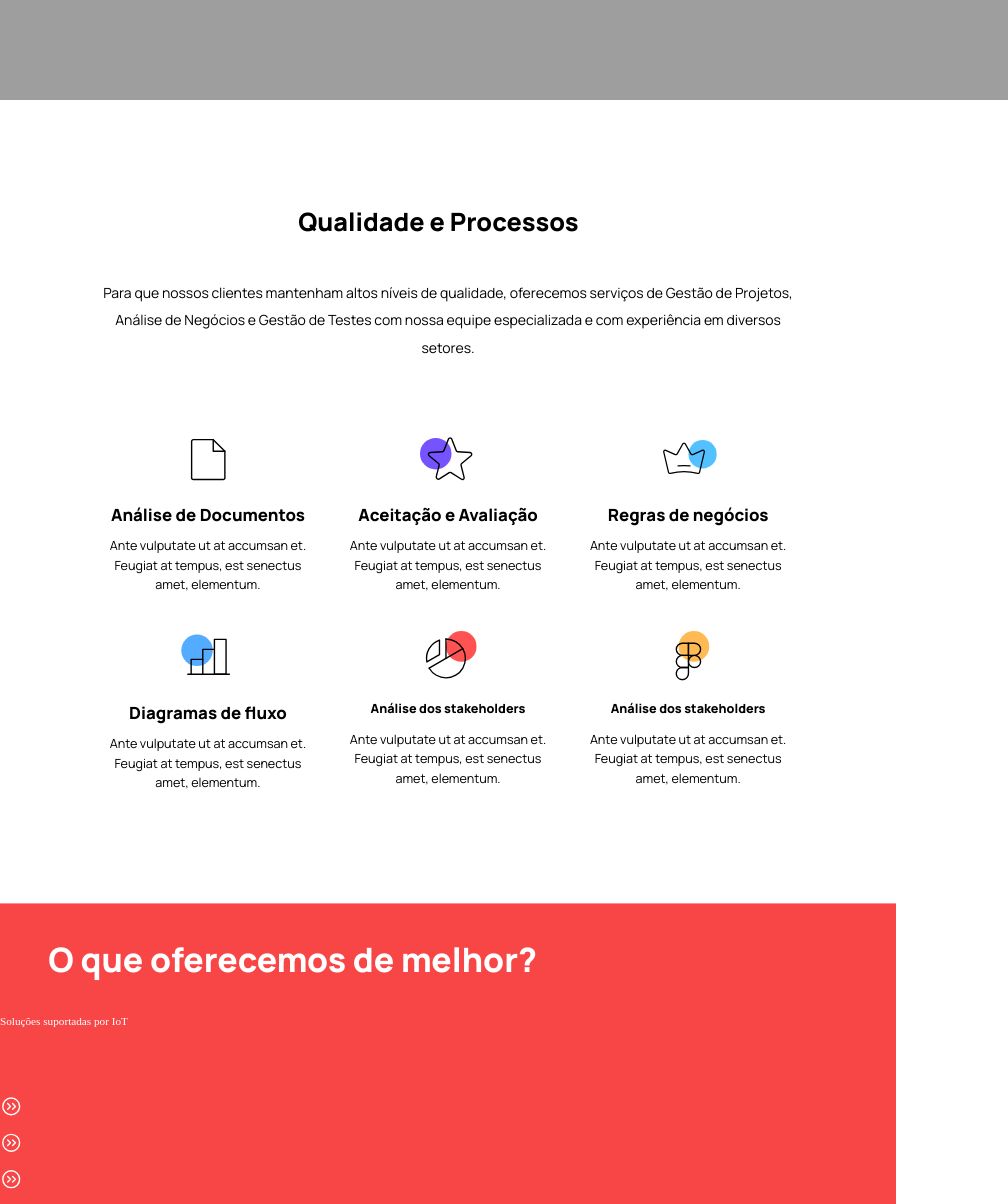
Repository: kleber-goncalves/Landing-Page-Gestao-de-projetos-dnc
Page: index.html
The author's editor kept a copy of each file at every save. The page is drawn from the files as they stood at one save, then again after the next save.
The browser window is 1280 px wide. The page is 1440 px wide, so the pictures cover 1440 px, including what lies to the right of the window. The pictures show the part of the page from y = 612 to 2332 px (the page is 2332 px tall), at 70% of full size.
Pictures or frames that could not be fetched are drawn as grey boxes.

Above is the page before, as saved 2025-01-05 01:40:47.

### index.html
<!DOCTYPE html>
<html lang="pt-br">
<head>
    <meta charset="UTF-8">
    <meta name="viewport" content="width=device-width, initial-scale=1.0">
    <link rel="stylesheet" href="style.css">
    <link rel="preconnect" href="https://fonts.googleapis.com">
    <link rel="preconnect" href="https://fonts.gstatic.com" crossorigin>
    <link href="https://fonts.googleapis.com/css2?family=Manrope:wght@200..800&display=swap" rel="stylesheet">
    <title>Document</title>
</head>
<body>
    <main>
        <section id="topo" >
            <div id="elemnt-topo">
                <h1>Transformando em produtos digitais</h1>
                <p>Para que nossos clientes mantenham altos níveis de qualidade, oferecemos serviços de gestão de projetos e análise de negócios com nossa equipe especializada em diversos setores.</p>
            </div>
        </section>
        <section id="meio">
            <div id="txts-meio" >

                <h2>Qualidade e Processos</h2>
                <p>
                    Para que nossos clientes mantenham altos níveis de qualidade, oferecemos serviços de Gestão de Projetos, Análise de Negócios e Gestão de Testes com nossa equipe especializada e com experiência em diversos setores.
                </p>

            </div>
            <div id="icons-pai-meio" >
                <div class="card-icons" id="icons-documento">
                    <img class="img-icons" src="/img/icons-meio.img/document.svg" alt="document.svg">
                    <p class="txt-icons">Análise de Documentos</p>
                    <p class="sub-icons">Ante vulputate ut at accumsan et. Feugiat at tempus, est senectus amet, elementum.</p>
                </div>
                <div class="card-icons" id="icons-estrela">
                    <img class="img-icons" src="/img/icons-meio.img/estrela.svg" alt="estrela.svg">
                    <p class="txt-icons">Aceitação e Avaliação</p>
                    <p class="sub-icons">Ante vulputate ut at accumsan et. Feugiat at tempus, est senectus amet, elementum.</p>
                </div>
                <div class="card-icons" id="icons-coroa">
                    <img class="img-icons" src="/img/icons-meio.img/coroa.svg" alt="coroa.svg">
                    <p class="txt-icons">Regras de negócios</p>
                    <p class="sub-icons">Ante vulputate ut at accumsan et. Feugiat at tempus, est senectus amet, elementum.</p>
                </div>
                <div class="card-icons" id="icons-fluxos">
                    <img class="img-icons" src="/img/icons-meio.img/fluxo.svg" alt="fluxo.svg">
                    <p class="txt-icons">Diagramas de fluxo</p>
                    <p class="sub-icons">Ante vulputate ut at accumsan et. Feugiat at tempus, est senectus amet, elementum.</p>
                </div>
                <div class="card-icons" id="icons-bola">
                    <img class="img-icons" src="/img/icons-meio.img/bola.svg" alt="bola.svg">
                    <p class="txt-icons" id="p">Análise dos stakeholders</p>
                    <p class="sub-icons">Ante vulputate ut at accumsan et. Feugiat at tempus, est senectus amet, elementum.</p>
                </div>
                <div class="card-icons" id="icons-figma">
                    <img class="img-icons" src="/img/icons-meio.img/figma.svg" alt="figma.svg">
                    <p class="txt-icons" id="p">Análise dos stakeholders</p>
                    <p class="sub-icons">Ante vulputate ut at accumsan et. Feugiat at tempus, est senectus amet, elementum.</p>
                </div>
            </div>
        </section>



        <section id="meio-2">

            <div id="elemt1-meio-2">


                <p id="txt-meio-2">
                    O que oferecemos de melhor?
                </p>
                <p id="sub-meio-2">
                    Soluções suportadas por IoT
                </p>


            </div>

            <div id="elemt2-meio-2">

                <div class="subs-elemt2">
                    <p></p>
                </div>

                <div class="icons-elemt2">
                    <img src="/img/icons-meio.img/setas.svg" alt="setas">
                </div>

                <div class="subs-elemt2">
                    <p></p>
                </div>

                <div class="icons-elemt2">
                    <img src="/img/icons-meio.img/setas.svg" alt="setas">
                </div>
                <div class="subs-elemt2">
                    <p></p>
                </div>

                <div class="icons-elemt2">
                    <img src="/img/icons-meio.img/setas.svg" alt="setas">
                </div>

                <div class="subs-elemt2">
                    <p></p>
                </div>

            </div>

        </section>



    </main>
</body>
</html>

### style.css
body {
    margin: 0;
    font-size: 16px;
    box-sizing: border-box;
}





#topo {
    width:  1440px;
    height:  754px;
    background-image: url(/img/topo-fundo.svg);
    background-size: cover;
    background-repeat: no-repeat;
    display:flex ;
    flex-direction: column;
    justify-items: flex-start;
}

#topo > #elemnt-topo {
    margin-left: 121px;
    margin-top: 236px;
}

#elemnt-topo > h1 {
    width: 665px;
    height: 164px;
    font-family: "Manrope", serif;
    font-size: 64px;
    font-weight: 800;
    color: black;
}

#elemnt-topo > p {
    font-family: "Manrope", serif;
    width:  650px;
    height: 99px;
    font-family: Manrope;
    font-size: 20px;
    font-weight: 400;
}






#meio{
    display: flex;
    flex-direction: column;
    gap: 91px;
    margin-top: 120px;
    margin-left: 143px;
    margin-bottom: 141px;
    margin-right: 143px;
}



#txts-meio {
    display: flex;
    flex-direction: column;
    align-items: center;
}

#txts-meio > h2 {
    width: 428px;
    height: 56px;
    color: black;
    font-family: "Manrope", serif;
    font-size: 36px;
    font-weight: 800;
    line-height: 49.18px;
}


#txts-meio > p {
    width:  994px;
    height:  109px;
    color: black;
    font-family: "Manrope", serif;
    font-size: 20px;
    font-weight: 400;
    line-height: 39.5px;
    text-align: center;
}




#icons-pai-meio {
    display: grid;
    grid-template-columns: repeat(3, 1fr);
    gap: 35px;
}

.card-icons {
    display: flex;
    flex-direction: column;
    align-items: center;
}

.img-icons {
    width: 81px;
    height: 76px;
}


.txt-icons {
    width:  284px;
    height:  31px;
    font-family: "Manrope", serif;
    font-size: 24px;
    font-weight: 800;
    line-height: 32.78px;
    text-align: center;
    margin-bottom: 10px;
}

.sub-icons {
    width:  298px;
    height:  84px;
    font-family: "Manrope", serif;
    font-size: 18px;
    font-weight: 400;
    line-height: 28px;
    text-align: center;
    margin-top: 5px;
}

#icons-bola > #p, #icons-figma > #p {
    font-size: 18px;
}





#meio-2 {
    color: #FFFFFF;
    background-color: #F84646;
    display: flex;
    flex-direction: column;
    gap: 64px;
}

#txt-meio-2 {
    width: 836px;
    height: 64px;
    //styleName: Heading / H2;
    font-family: Manrope;
    font-size: 48px;
    font-weight: 800;
    line-height: 64px;
    text-align: center;
}

### img/icons-meio.img/setas.svg
<svg width="32" height="32" viewBox="0 0 32 32" fill="none" xmlns="http://www.w3.org/2000/svg">
<path d="M16 28C22.6274 28 28 22.6274 28 16C28 9.37258 22.6274 4 16 4C9.37258 4 4 9.37258 4 16C4 22.6274 9.37258 28 16 28Z" stroke="white" stroke-width="2" stroke-linecap="round" stroke-linejoin="round"/>
<path d="M11 20L15 16L11 12" stroke="white" stroke-width="2" stroke-linecap="round" stroke-linejoin="round"/>
<path d="M18 20L22 16L18 12" stroke="white" stroke-width="2" stroke-linecap="round" stroke-linejoin="round"/>
</svg>

After the next save:
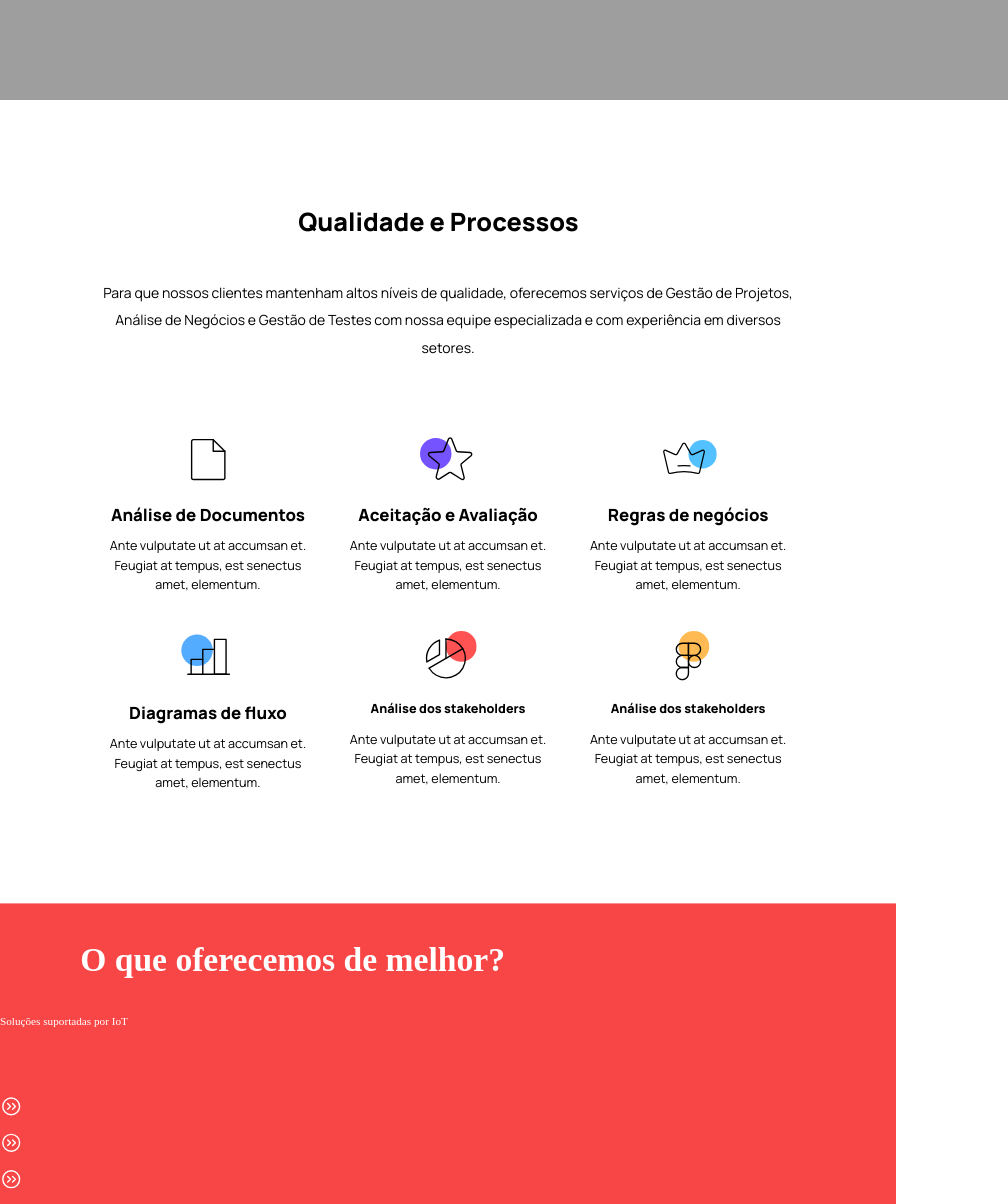
Saved 5 s later.
--- a/style.css
+++ b/style.css
@@ -149,8 +149,6 @@
 #txt-meio-2 {
     width: 836px;
     height: 64px;
-    //styleName: Heading / H2;
-    font-family: Manrope;
     font-size: 48px;
     font-weight: 800;
     line-height: 64px;

After the 3 saves that followed:
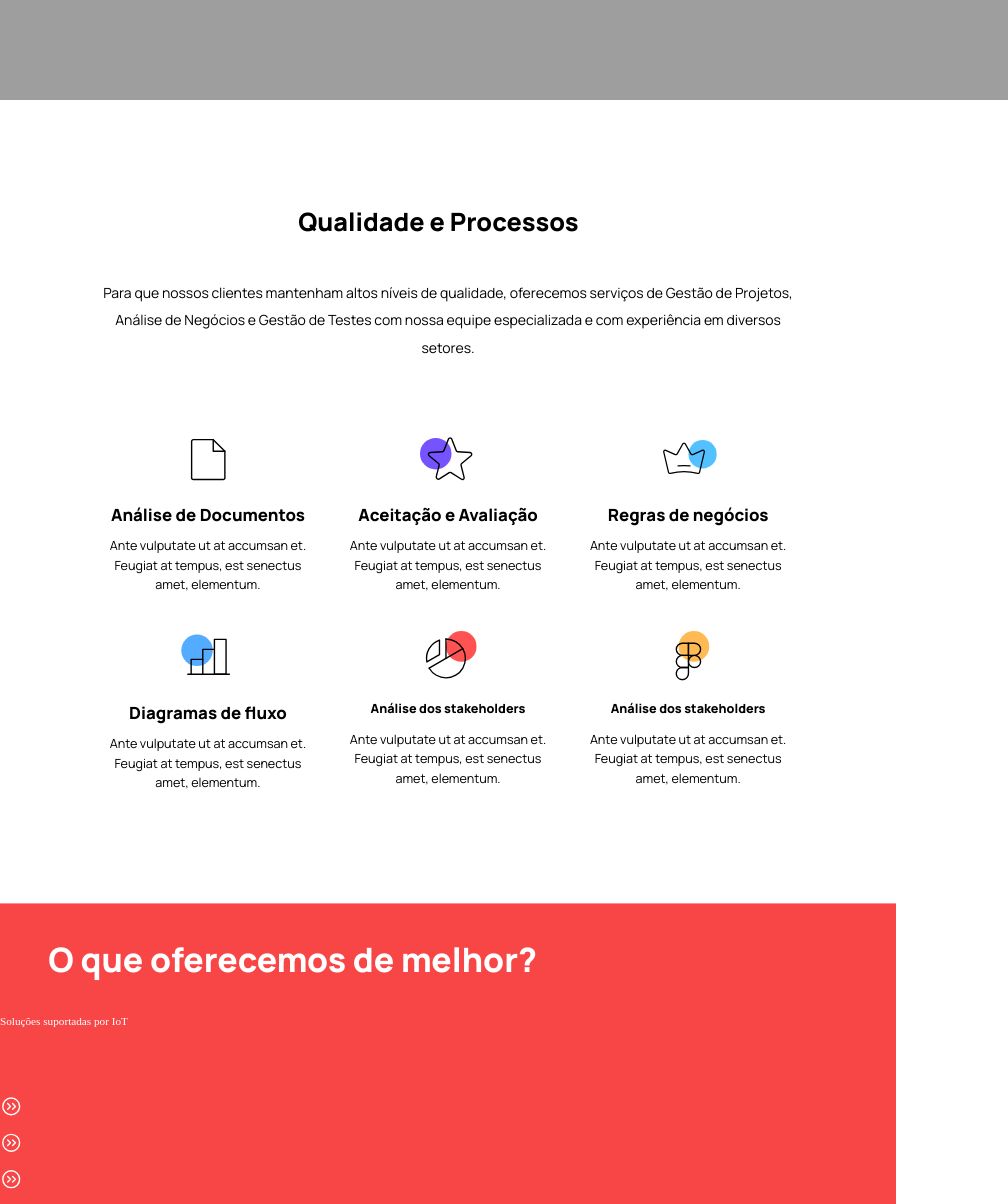
The 3 saves are shown as one change because they came seconds apart.
The last was saved 23 s later.
--- a/style.css
+++ b/style.css
@@ -149,6 +149,7 @@
 #txt-meio-2 {
     width: 836px;
     height: 64px;
+    font-family: "Manrope", serif;
     font-size: 48px;
     font-weight: 800;
     line-height: 64px;
